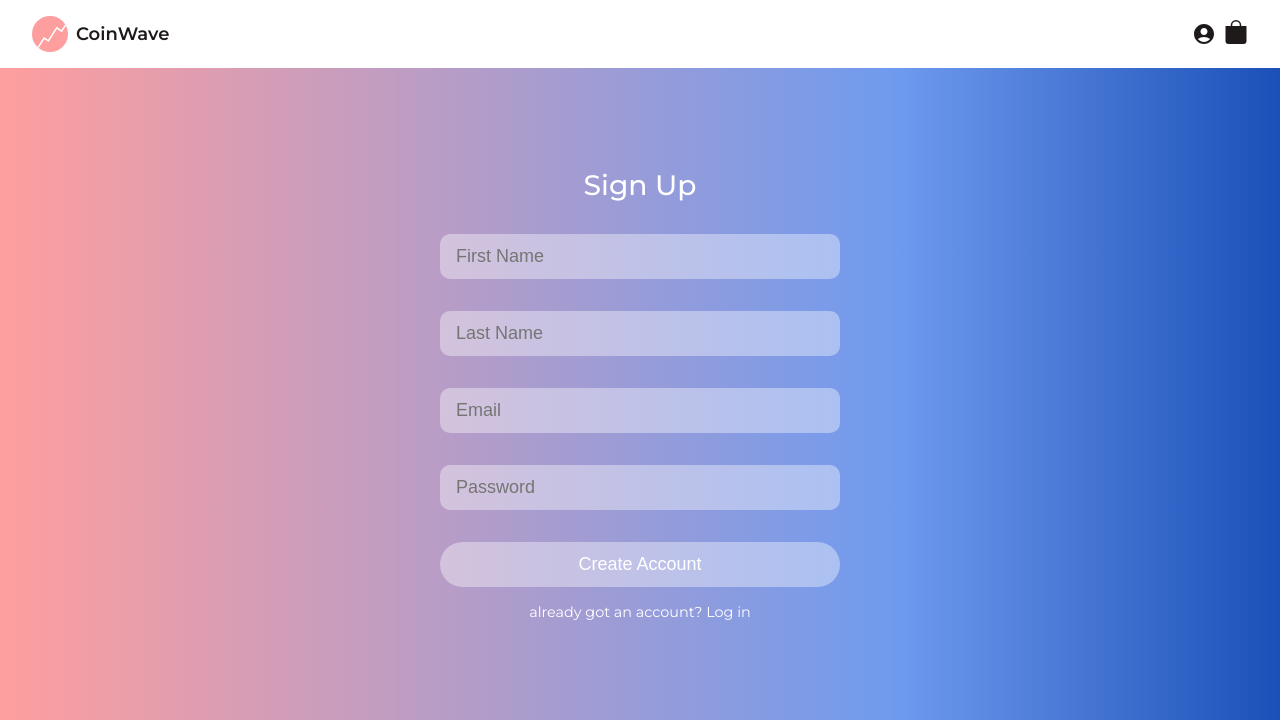
Repository: David-Waite/CoinWave
Page: /SignUp
The author's editor kept a copy of each file at every save. The page is drawn from the files as they stood at one save, then again after the next save.
The browser window is 1280 px wide. The pictures show the whole page.
The project was rebuilt for these pictures with package versions that can differ from the ones it lists, and the page was loaded fresh each time. The framework's server and built-in components were replaced by stand-ins that run in the browser. Also part of the build but not shown: next.config.js, app/components/Footer/Footer.module.css, app/components/Footer/Footer.js.

Above is the page before, as saved 2023-10-04 14:10:30.

### app/layout.js
// layout
import Nav from "./components/Nav/Nav";
import "./globals.css";
import { CartProvider } from "../context/cart";
import { Montserrat } from "next/font/google";
import Footer from "./components/Footer/Footer";

// font imported by google fonts

const montserrat = Montserrat({ subsets: ["latin"] });
export const metadata = {
  title: "Coin Wave",
  description: "Generated by create next app",
};

// wraps the nav on top of each page
export default function RootLayout({ children }) {
  return (
    <CartProvider>
      <html lang="en">
        <body className={montserrat.className}>
          <Nav />
          {children}
        </body>
      </html>
    </CartProvider>
  );
}

### app/SignUp/page.js
"use client";
// sign up page
import styles from "./signUp.module.css";
import { useState } from "react";
import { useRouter } from "next/navigation";
import Link from "next/link";

export default function SignUp() {
  // form data saved in state
  const [formData, setFormData] = useState({
    firstName: "",
    lastName: "",
    email: "",
    password: "",
  });

  const router = useRouter();

  // function updating state whenever the value of an input is changed
  function handleChange(event) {
    const { type, name, value, checked } = event.target;
    setFormData((prevFormData) => {
      return {
        ...prevFormData,
        [name]: type === "checkbox" ? checked : value,
      };
    });
  }

  // function to be triggered when sign up button is pressed
  function handleSubmit(event) {
    event.preventDefault();
    router.push("/account");
  }

  // jsx to be returned
  return (
    <main className={styles.main}>
      <form onSubmit={handleSubmit}>
        <h1 className={styles.title}>Sign Up</h1>
        <input
          className={styles.firstName}
          type="text"
          placeholder="First Name"
          onChange={handleChange}
          name="firstName"
          value={formData.firstName}
        />
        <input
          className={styles.lastName}
          type="text"
          placeholder="Last Name"
          onChange={handleChange}
          name="lastName"
          value={formData.lastName}
        />
        <input
          className={styles.email}
          type="email"
          placeholder="Email"
          onChange={handleChange}
          name="email"
          value={formData.email}
        />
        <input
          className={styles.password}
          type="password"
          placeholder="Password"
          onChange={handleChange}
          name="password"
          value={formData.password}
        />

        <button className={styles.loginBtn}>Create Account</button>
        <Link className={styles.login} href={"/login"}>
          already got an account? Log in
        </Link>
      </form>
    </main>
  );
}

### app/components/Nav/Nav.js
"use client";

// nav bar
import styles from "./nav.module.css";
import Link from "next/link";
import { MdAccountCircle } from "react-icons/md";
import { BsBagFill } from "react-icons/bs";
import { useContext, useEffect, useState } from "react";
import { CartContext } from "@/context/cart";

export default function Nav() {
  // imports cart items to get account of items in cart to display in nav

  const [cartItemAmount, setCartItemsAmount] = useState();
  const { cartItems } = useContext(CartContext);

  useEffect(() => {
    setCartItemsAmount(cartItems.length);
  }, [cartItems]);

  // jsx for nar bar
  return (
    <nav className={styles.main}>
      <Link className={styles.homeLink} href="/">
        <svg
          width="36"
          height="36"
          viewBox="0 0 36 36"
          fill="none"
          xmlns="http://www.w3.org/2000/svg"
        >
          <circle cx="18" cy="18" r="18" fill="#FF9E9E" />
          <mask
            id="mask0_7_9"
            style={{ maskType: "alpha" }}
            maskUnits="userSpaceOnUse"
            x="0"
            y="0"
            width="36"
            height="36"
          >
            <path
              d="M36 18C36 27.9411 27.9411 36 18 36C8.05887 36 0 27.9411 0 18C0 8.05887 8.05887 0 18 0C27.9411 0 36 8.05887 36 18Z"
              fill="#FF9E9E"
            />
          </mask>
          <g mask="url(#mask0_7_9)">
            <path
              d="M2.13416 37.6684L12.0865 22.0755L16.3706 24.9865L24.7305 11.8885L29.6267 15.2153L36.3942 4.61218"
              stroke="white"
              strokeWidth="1.5"
            />
          </g>
        </svg>
        CoinWave
      </Link>
      <div className={styles.icons}>
        <Link className={styles.loginLink} href="/login">
          <MdAccountCircle size={24} />
        </Link>
        <Link href="/cart" className={styles.bagIcon}>
          <div>
            {cartItemAmount >= 1 && (
              <div className={styles.cartAmount}>
                <p>{cartItemAmount}</p>
              </div>
            )}

            <BsBagFill size={24} />
          </div>
        </Link>
      </div>
    </nav>
  );
}

### app/globals.css
:root {
  --primary: #fc9d9f;
  --primaryHover: #ff8b8d;
  --black: #1e1a1a;
}

* {
  margin: 0;
  padding: 0;
  box-sizing: border-box;
}

### context/cart.js
"use client";

// content cart
import { createContext, useState, useEffect } from "react";

export const CartContext = createContext();

export const CartProvider = ({ children }) => {
  // check localstorage for cart
  const [cartItems, setCartItems] = useState(() => {
    if (typeof window !== "undefined") {
      return localStorage.getItem("cartItems")
        ? JSON.parse(localStorage.getItem("cartItems"))
        : [];
    }
  });

  // add to cart function
  const addToCart = (item) => {
    const isItemInCart = cartItems.find((cartItem) => cartItem.id === item.id);

    if (isItemInCart) {
      setCartItems(
        cartItems.map((cartItem) =>
          cartItem.id === item.id
            ? { ...cartItem, quantity: cartItem.quantity + 1 }
            : cartItem
        )
      );
    } else {
      setCartItems([...cartItems, { ...item, quantity: 1 }]);
    }
  };

  // update quantity function
  const updateQuantity = (id, quantity) => {
    const isItemInCart = cartItems.find((cartItem) => cartItem.id === id);

    if (isItemInCart) {
      setCartItems(
        cartItems.map((cartItem) =>
          cartItem.id === id ? { ...cartItem, quantity: quantity } : cartItem
        )
      );
    }
  };

  // remove form cart function
  const removeFromCart = (item) => {
    const isItemInCart = cartItems.find((cartItem) => cartItem.id === item.id);

    if (isItemInCart.quantity === 1) {
      setCartItems(cartItems.filter((cartItem) => cartItem.id !== item.id));
    } else {
      setCartItems(
        cartItems.map((cartItem) =>
          cartItem.id === item.id
            ? { ...cartItem, quantity: cartItem.quantity - 1 }
            : cartItem
        )
      );
    }
  };

  // clear cart function
  const clearCart = () => {
    setCartItems([]);
  };

  // gets cart total function
  const getCartTotal = () => {
    return cartItems.reduce(
      (total, item) => total + item.price * item.quantity,
      0
    );
  };

  // useeffect to get set localStage
  useEffect(() => {
    if (typeof window !== "undefined") {
      localStorage.setItem("cartItems", JSON.stringify(cartItems));
    }
  }, [cartItems]);
  // useeffect to get set localStage
  useEffect(() => {
    if (typeof window !== "undefined") {
      const cartItems = localStorage.getItem("cartItems");
      if (cartItems) {
        setCartItems(JSON.parse(cartItems));
      }
    }
  }, []);

  return (
    <CartContext.Provider
      value={{
        cartItems,
        addToCart,
        updateQuantity,
        removeFromCart,
        clearCart,
        getCartTotal,
      }}
    >
      {children}
    </CartContext.Provider>
  );
};

### app/SignUp/signUp.module.css
.main {
  background: linear-gradient(90deg, #ff9e9e 0%, #6f9bef 69.85%, #1b50b8 100%);
  min-height: calc(100vh - 68px);
  display: flex;
  flex-direction: column;
  align-items: center;
  justify-content: center;
}

.main form {
  display: flex;
  flex-direction: column;
  gap: 32px;

  justify-content: center;
  max-width: 400px;
  width: 100%;
}

.title {
  color: white;
  text-align: center;
  font-weight: 500;
  font-size: 28.13px;
}

.email,
.password,
.firstName,
.lastName {
  color: var(--black);
  border: none;
  padding: 12px 16px;
  font-size: 18px;
  border-radius: 10px;
  background-color: rgba(255, 255, 255, 0.38);
}

.loginBtn {
  border: none;
  padding: 12px 16px;
  border-radius: 50px;
  font-size: 18px;
  background-color: rgba(255, 255, 255, 0.38);
  cursor: pointer;
  color: white;
  transition: 0.5s;
  max-width: none;
}
.loginBtn:hover {
  background-color: white;
  color: var(--black);
}

.login {
  font-size: 14.4px;
  color: white;
  text-align: center;
  text-decoration: none;
  cursor: pointer;
  margin-top: -16px;
}

@media (max-width: 778px) {
  .main {
    min-height: calc(100vh - 68px);
  }
  .rememberMeText,
  .login {
    font-size: 12.8px;
  }
  .title {
    font-size: 25px;
  }

  .loginBtn,
  .email,
  .password {
    font-size: 16px;
  }
}

@media (max-width: 432px) {
  .main form {
    margin: 16px;
    width: calc(100% - 32px);
  }
}

### app/components/Nav/nav.module.css
.main {
  display: flex;
  align-items: center;
  justify-content: space-between;
  padding: 16px 60px;
  box-shadow: rgba(0, 0, 0, 0.05) 0px 6px 24px 0px,
    rgba(0, 0, 0, 0.08) 0px 0px 0px 1px;
}

.homeLink {
  display: flex;
  align-items: center;
  gap: 8px;
  text-decoration: none;
  font-size: 18px;
  color: var(--black);
  font-weight: 600;
}

.loginLink {
  display: flex;
  align-items: center;
  gap: 4px;
  font-size: 18px;
  text-decoration: none;
  color: var(--black);
  font-weight: 500;
}

.icons {
  display: flex;
  align-items: center;
  gap: 8px;
}
.bagIcon {
  position: relative;
  text-decoration: none;
  color: var(--black);
  cursor: pointer;
}
.cartAmount {
  position: absolute;
  background-color: red;
  height: 16px;
  width: 16px;
  right: -7px;
  top: -3px;
  display: flex;
  align-items: center;
  justify-content: center;
  color: white;

  border-radius: 50%;
}

.cartAmount p {
  font-size: 10px;
  font-weight: 500;
}

@media (max-width: 1600px) {
  .main {
    padding: 16px 32px;
  }
}
@media (max-width: 778px) {
  .main {
    padding: 16px;
  }
  .loginLink,
  .homeLink {
    font-size: 16px;
  }
}

After the next save:
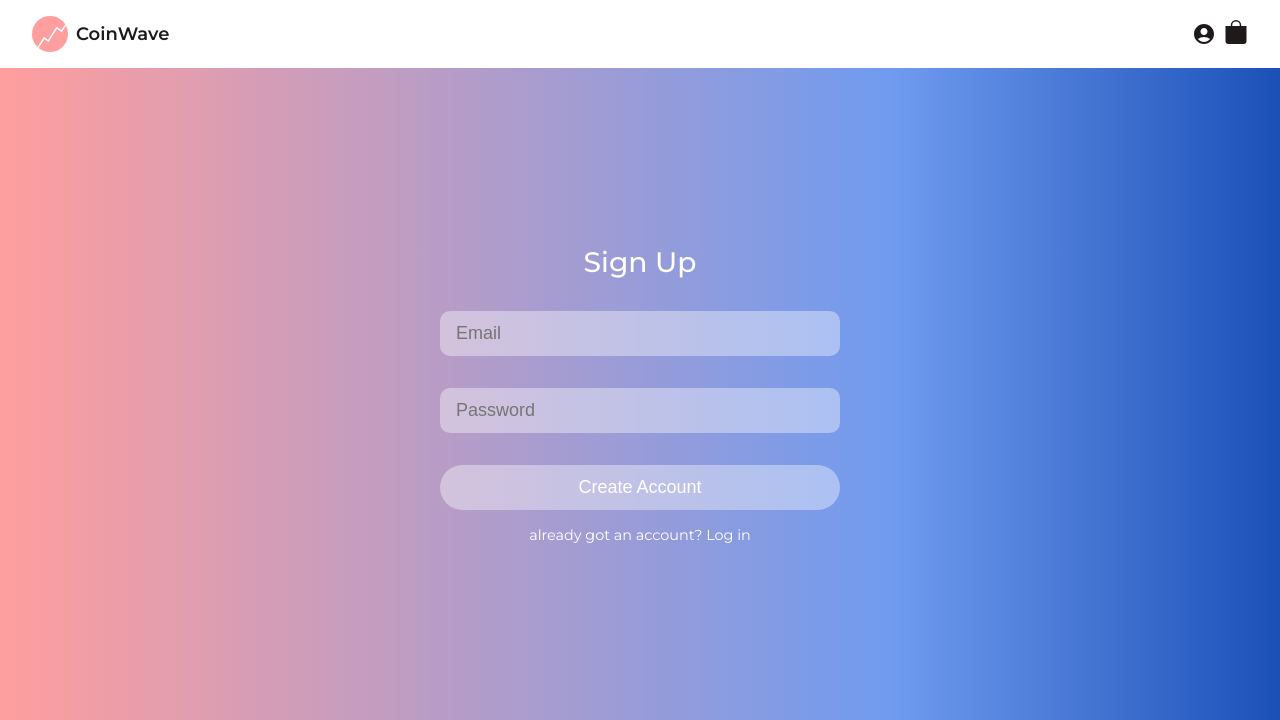
Saved 18 min 51 s later.
--- a/app/SignUp/page.js
+++ b/app/SignUp/page.js
@@ -8,8 +8,6 @@ import Link from "next/link";
 export default function SignUp() {
   // form data saved in state
   const [formData, setFormData] = useState({
-    firstName: "",
-    lastName: "",
     email: "",
     password: "",
   });
@@ -38,22 +36,7 @@ export default function SignUp() {
     <main className={styles.main}>
       <form onSubmit={handleSubmit}>
         <h1 className={styles.title}>Sign Up</h1>
-        <input
-          className={styles.firstName}
-          type="text"
-          placeholder="First Name"
-          onChange={handleChange}
-          name="firstName"
-          value={formData.firstName}
-        />
-        <input
-          className={styles.lastName}
-          type="text"
-          placeholder="Last Name"
-          onChange={handleChange}
-          name="lastName"
-          value={formData.lastName}
-        />
+
         <input
           className={styles.email}
           type="email"
